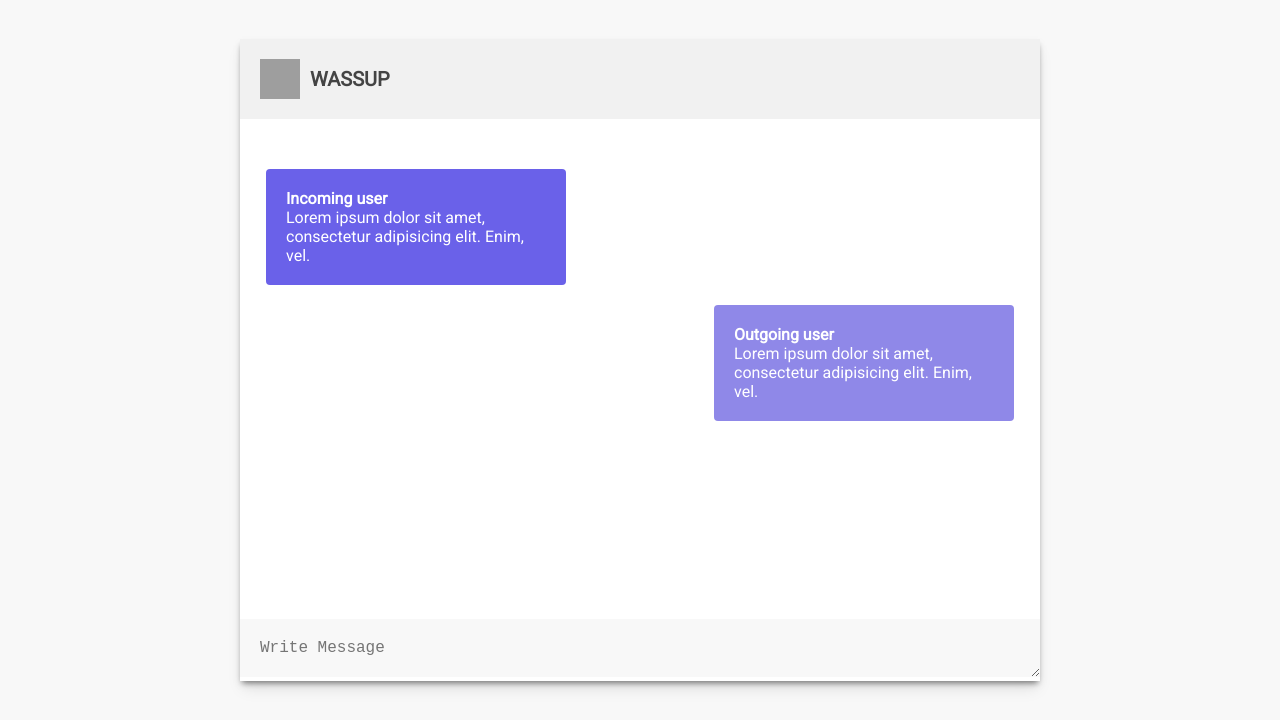
Repository: yashrajverma/Wassup-Chat-App
Page: http://localhost/
These files come from the project's save history. The page is drawn as it stood at one moment and after the next save; the edit follows.
The browser window is 1280 px wide. The pictures show the whole page.
Pictures or frames that could not be fetched are drawn as grey boxes. The page is served by the project's Node server (server.js).

Above is the page before, as saved 2020-11-19 12:06:40.

After the next save:
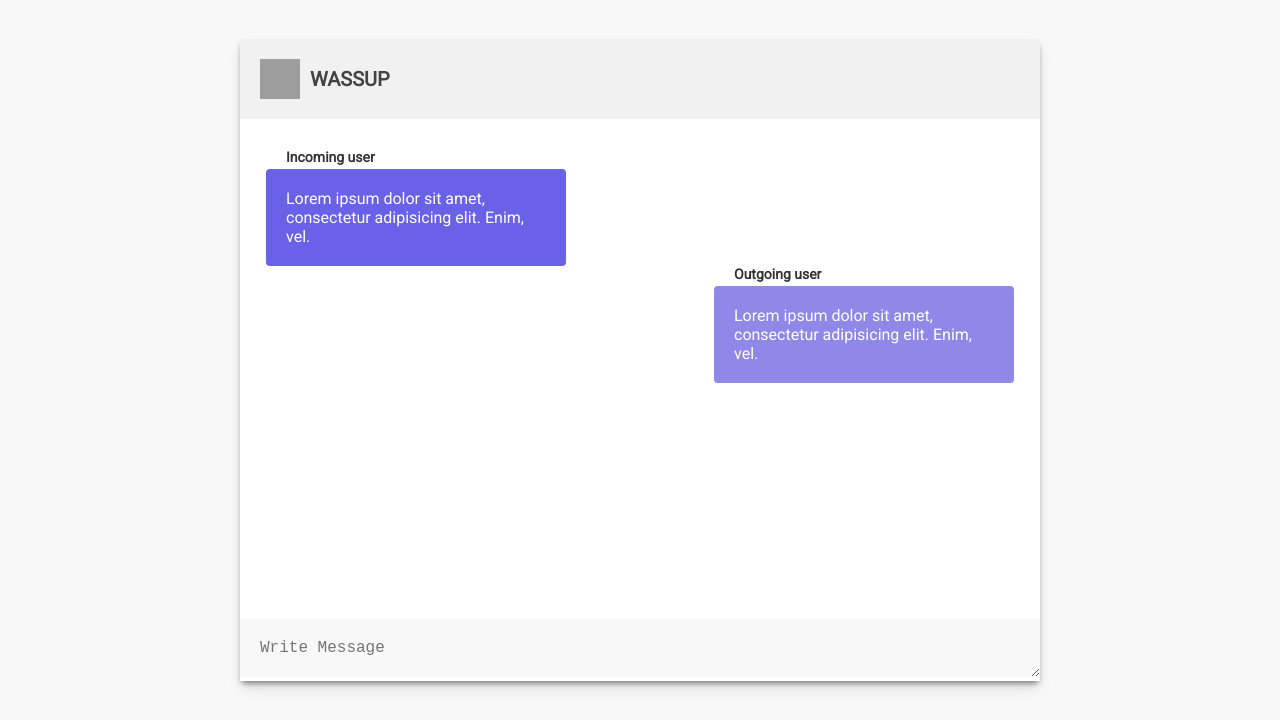
Saved 50 s later.
--- a/public/style.css
+++ b/public/style.css
@@ -77,3 +77,10 @@ textarea {
     background: #8f88e8;
     margin-left: auto;
 }
+
+.message h4 {
+    position: absolute;
+    top: -20px;
+    font-size: 14px;
+    color: #333;
+}
